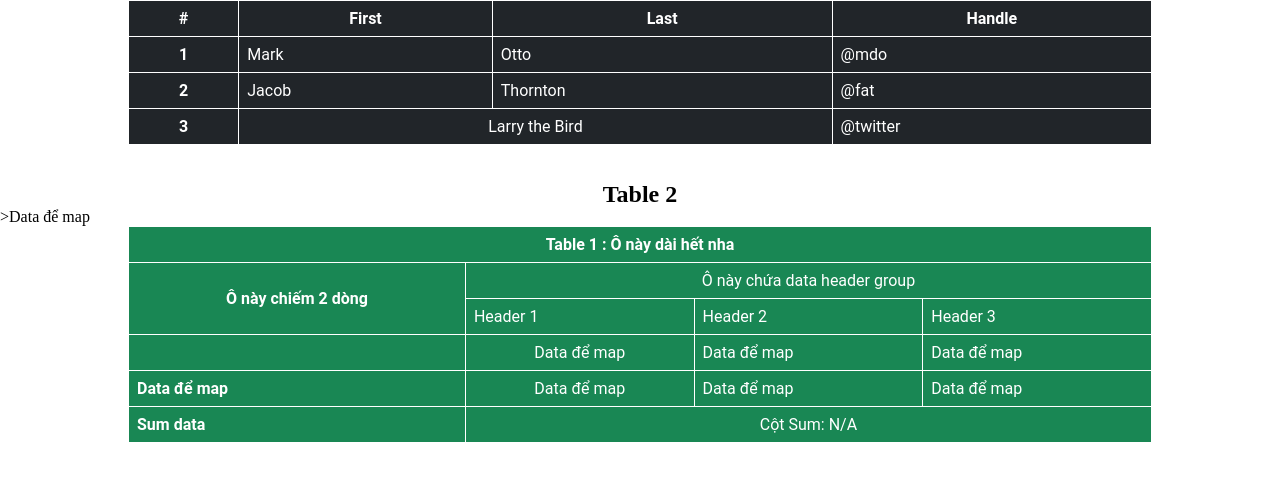
Repository: ThuatDev/BTVN_FE_JUNE
Page: index.html
An editor plug-in stored every save of this project. The page is shown before and after the next save, followed by the edit.
The browser window is 1280 px wide. The pictures show the whole page.

Above is the page before, as saved 2023-08-02 15:45:55.

### index.html
<!DOCTYPE html>
<html lang="en">
  <head>
    <meta charset="UTF-8" />
    <meta name="viewport" content="width=device-width, initial-scale=1.0" />
    <!-- <link
      href="https://cdn.jsdelivr.net/npm/bootstrap@5.0.2/dist/css/bootstrap.min.css"
      rel="stylesheet"
    /> -->
    <title>Document</title>
    <style>
      /* Reset CSS cho tất cả các phần tử */
      * {
        margin: 0;
        padding: 0;
        box-sizing: border-box;
      }

      /* Đặt màu nền và màu chữ cho bảng */
      .bg-dark {
        background-color: #212529;
      }
      .text-white {
        color: #fff;
      }

      /* Đặt font và kích thước chữ cho bảng */
      .table {
        font-family: "Roboto", sans-serif;
        font-size: 16px;
        font-weight: normal;
      }

      /* Áp dụng font-weight "bold" cho các thẻ <th> */
      .table th {
        font-weight: bold;
      }

      /* Đặt border cho bảng */
      .table {
        border-collapse: collapse;
      }

      /* Đặt border và padding cho thẻ <th> và <td> */
      .table th,
      .table td {
        border: 1px solid #fff;
        padding: 8px;
      }

      /* Đặt padding cho thẻ <th> trong thead */
      .table thead th {
        padding: 8px;
      }

      /* Bao bọc bảng trong một container để sử dụng flexbox */
      .table-container {
        display: flex;
        justify-content: center; /* Căn giữa bảng trong màn hình */
      }

      /* Áp dụng chiều rộng 80% cho bảng */
      .table {
        width: 80%;
        margin: 0 auto;
      }
      /* css bang 2  */

      .bg-success {
        background-color: #198754;
      }
      .text-white {
        color: #fff;
      }

      /* Đặt font và kích thước chữ cho bảng */
      .table {
        font-family: "Roboto", sans-serif;
        font-size: 16px;
        font-weight: normal;
      }

      /* Áp dụng font-weight "bold" cho các thẻ <th> */
      .table th {
        font-weight: bold;
      }

      /* Đặt border cho bảng */
      .table {
        border-collapse: collapse;
      }

      /* Đặt border và padding cho thẻ <th> và <td> */
      .table th,
      .table td {
        border: 1px solid #fff;
        padding: 8px;
      }

      /* Đặt padding cho thẻ <th> có rowspan và colspan */
      .table th[colspan],
      .table th[rowspan],
      .table td[colspan],
      .table td[rowspan] {
        padding: 8px;
      }

      /* Đặt padding cho thẻ <td> có colspan */
      .table td[colspan] {
        padding: 8px;
        text-align: center; /* Căn giữa văn bản trong ô có colspan */
      }

      /* Đặt padding cho thẻ <th> trong thead */
      .table thead th {
        padding: 8px;
        text-align: center; /* Căn giữa văn bản trong ô có colspan */
      }

      /* Bao bọc bảng trong một container để sử dụng flexbox */
      .table-container {
        display: flex;
        justify-content: center; /* Căn giữa bảng theo chiều ngang */
        align-items: center; /* Căn giữa bảng theo chiều dọc */
      }

      /* Áp dụng chiều rộng 80% cho bảng */
      .table {
        width: 80%;
      }
      .table-left {
        text-align: left;
      }
    </style>
  </head>
  <body>
    <div class="table-container">
      <table class="table text-white table-bordered bg-dark">
        <thead>
          <tr>
            <th scope="col">#</th>
            <th scope="col">First</th>
            <th scope="col">Last</th>
            <th scope="col">Handle</th>
          </tr>
        </thead>
        <tbody>
          <tr>
            <th scope="row">1</th>
            <td>Mark</td>
            <td>Otto</td>
            <td>@mdo</td>
          </tr>
          <tr>
            <th scope="row">2</th>
            <td>Jacob</td>
            <td>Thornton</td>
            <td>@fat</td>
          </tr>
          <tr>
            <th scope="row">3</th>
            <td colspan="2">Larry the Bird</td>
            <td>@twitter</td>
          </tr>
        </tbody>
      </table>
    </div>
    <br />
    <br />
    <h2 style="text-align: center">Table 2</h2>
    <table class="table text-white table-bordered bg-success">
      <thead>
        <tr>
          <th scope="col" colspan="12" class="text-center">
            Table 1 : Ô này dài hết nha
          </th>
        </tr>
      </thead>
      <tbody>
        <tr>
          <th scope="row" rowspan="2">Ô này chiếm 2 dòng</th>
          <td colspan="3" class="text-center">Ô này chứa data header group</td>
        </tr>
        <tr>
          <td>Header 1</td>
          <td>Header 2</td>
          <td>Header 3</td>
        </tr>
        <tr class="table-left">
          <th scope="row" class="table-left"></th> >Data để map</th>
          <td colspan="1">Data để map</td>
          <td>Data để map</td>
          <td>Data để map</td>
        </tr>
        <tr class="table-left">
          <th scope="row">Data để map</th>
          <td colspan="1">Data để map</td>
          <td>Data để map</td>
          <td>Data để map</td>
        </tr>
        <tr class="table-left">
          <th scope="row">Sum data</th>
          <td colspan="12" class="text-center">Cột Sum: N/A</td>
        </tr>
      </tbody>
    </table>
  </body>
</html>

After the next save:
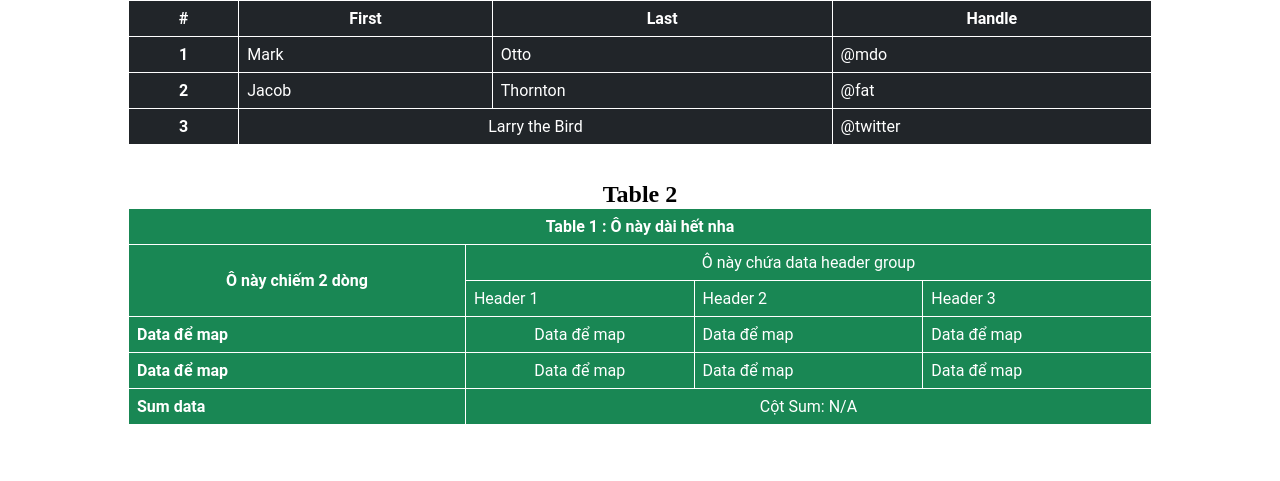
Saved 9 s later.
--- a/index.html
+++ b/index.html
@@ -187,7 +187,7 @@
           <td>Header 3</td>
         </tr>
         <tr class="table-left">
-          <th scope="row" class="table-left"></th> >Data để map</th>
+          <th scope="row" class="table-left">Data để map</th>
           <td colspan="1">Data để map</td>
           <td>Data để map</td>
           <td>Data để map</td>
